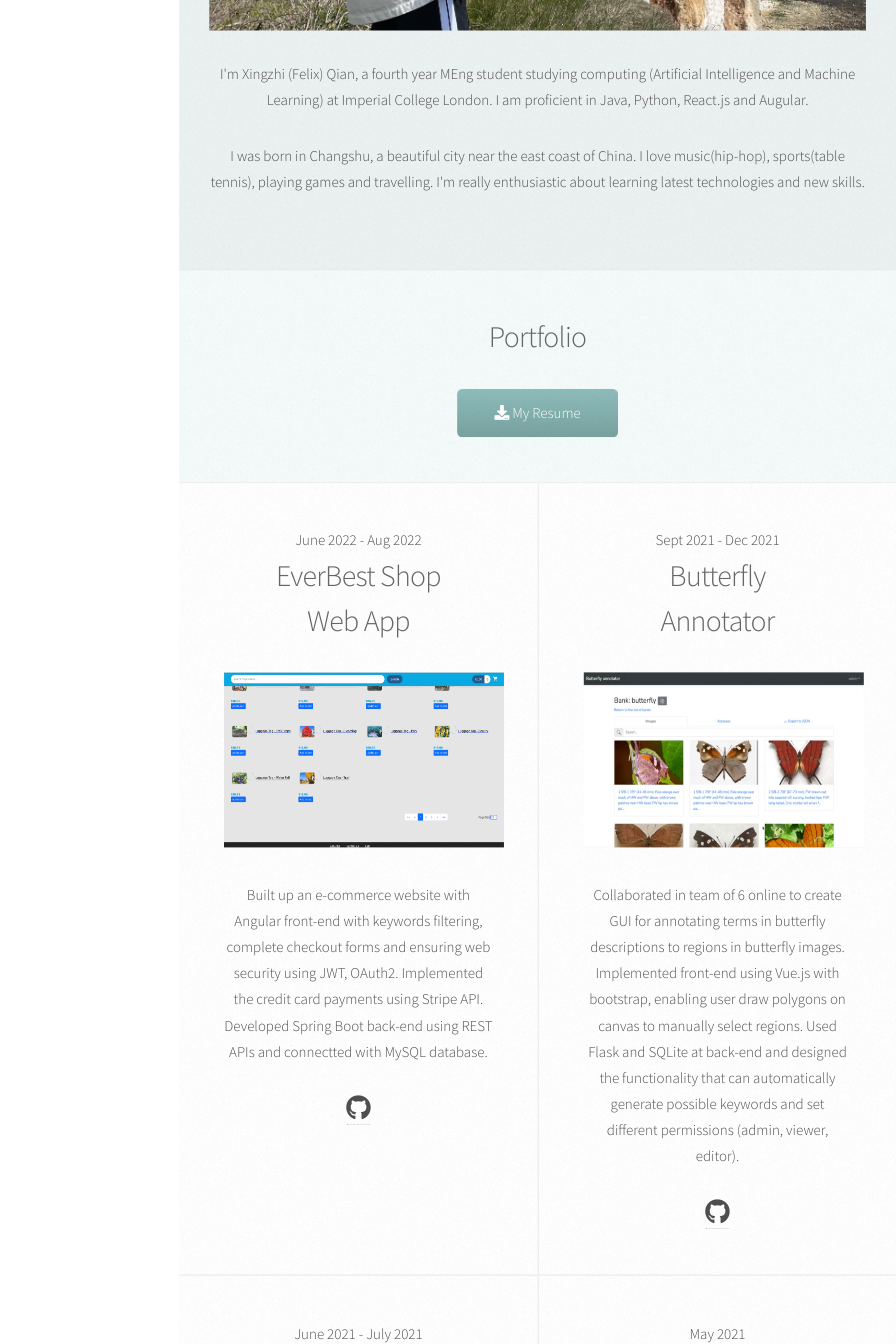
Repository: Felixqxz/Felixqxz.github.io
Page: index.html
The author's editor kept a copy of each file at every save. The page is drawn from the files as they stood at one save, then again after the next save.
The browser window is 1280 px wide. The pictures show the part of the page from y = 1352 to 3272 px (the page is 5873 px tall before and 5910 px after), at 70% of full size.

Above is the page before, as saved 2022-08-04 23:15:23.

After the next save:
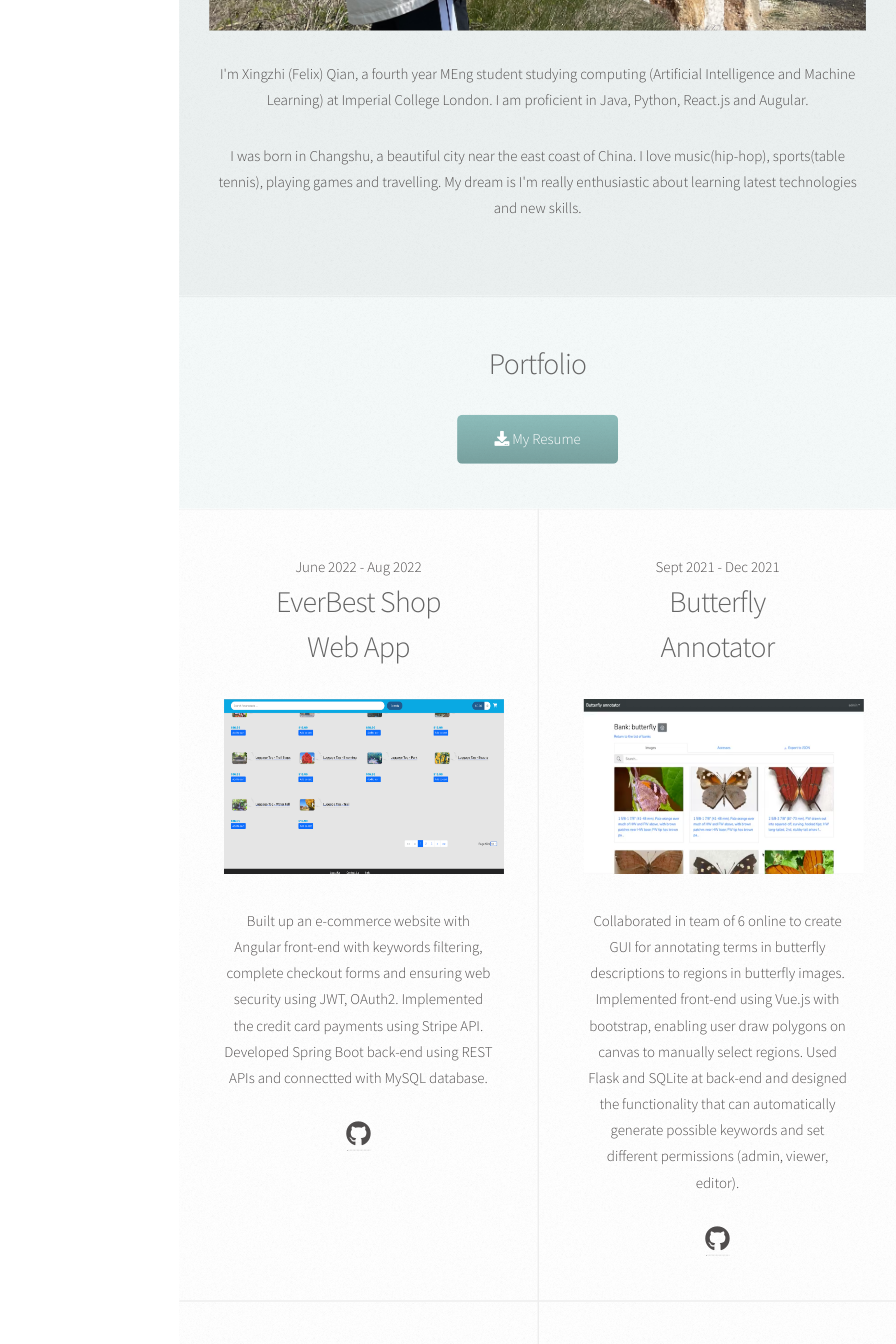
Saved 10 s later.
--- a/index.html
+++ b/index.html
@@ -85,7 +85,7 @@
 							<p>I'm Xingzhi (Felix) Qian, a fourth year MEng student studying computing (Artificial Intelligence and Machine Learning)
 								at Imperial College London. I am proficient in Java, Python, React.js and Augular. </p>
 							<p>I was born in Changshu, a beautiful city near the east coast of China. I love music(hip-hop), sports(table tennis),
-								 playing games and travelling.
+								 playing games and travelling. My dream is
 								I'm really enthusiastic about learning latest technologies and new skills.
 							</p>
 
